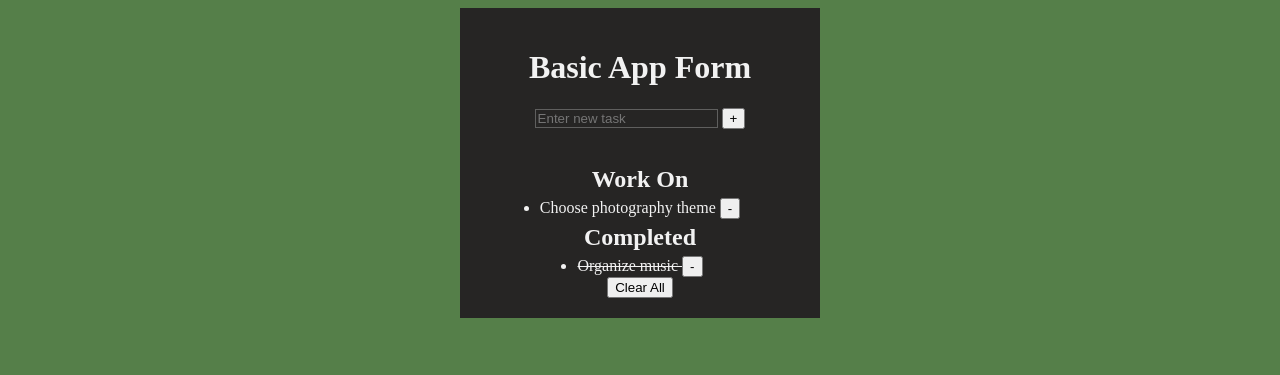
Repository: Kayla-amr/dgm_3760
Page: todoTemplate-W2/index.html
These files come from the project's save history. The page is drawn as it stood at one moment and after the next save; the edit follows.
The browser window is 1280 px wide. The pictures show the whole page.

Above is the page before, as saved 2022-11-08 13:07:34.

After the next save:
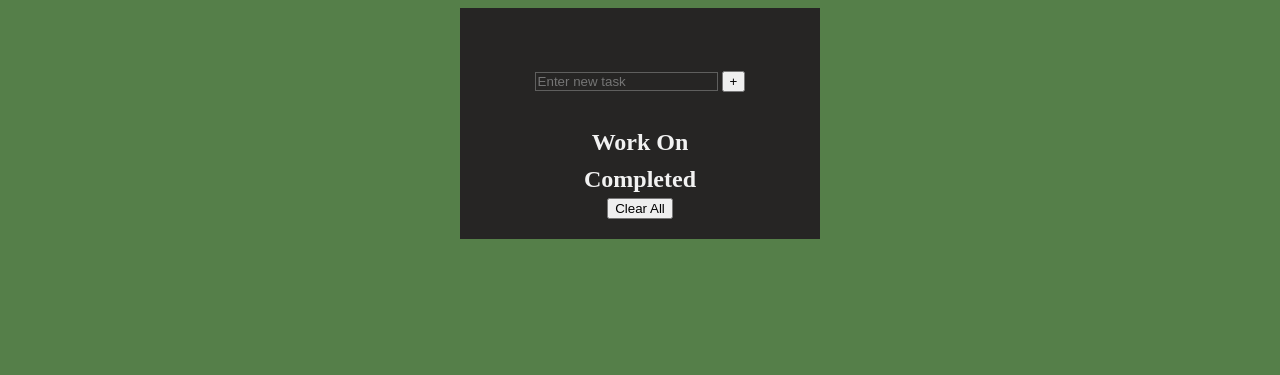
Console error: SyntaxError: Unexpected token '}'
Saved 5 s later.
--- a/todoTemplate-W2/index.js
+++ b/todoTemplate-W2/index.js
@@ -94,7 +94,7 @@
 function remaining() {
 	const todoIdx = myList.findIndex((todo) => todo.id == false);
 	myList[todoIdx].status = `You have ${todoTaskUl.length} remaining items left to be completed`;
-
+	remainingTasks.textContent =
 }
 
 remaining();

After the save that followed:
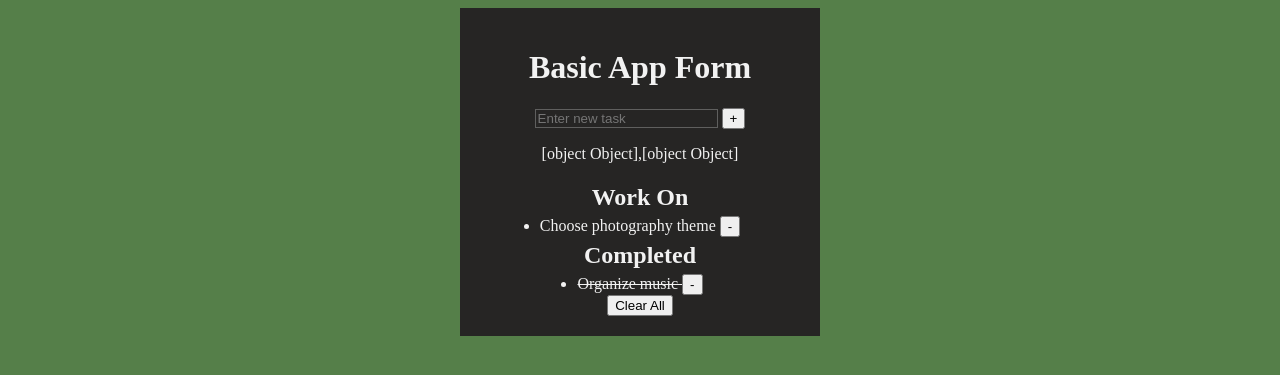
The error is gone.
Saved 6 s later.
--- a/todoTemplate-W2/index.js
+++ b/todoTemplate-W2/index.js
@@ -94,7 +94,7 @@
 function remaining() {
 	const todoIdx = myList.findIndex((todo) => todo.id == false);
 	myList[todoIdx].status = `You have ${todoTaskUl.length} remaining items left to be completed`;
-	remainingTasks.textContent =
+	remainingTasks.textContent = myList
 }
 
 remaining();
